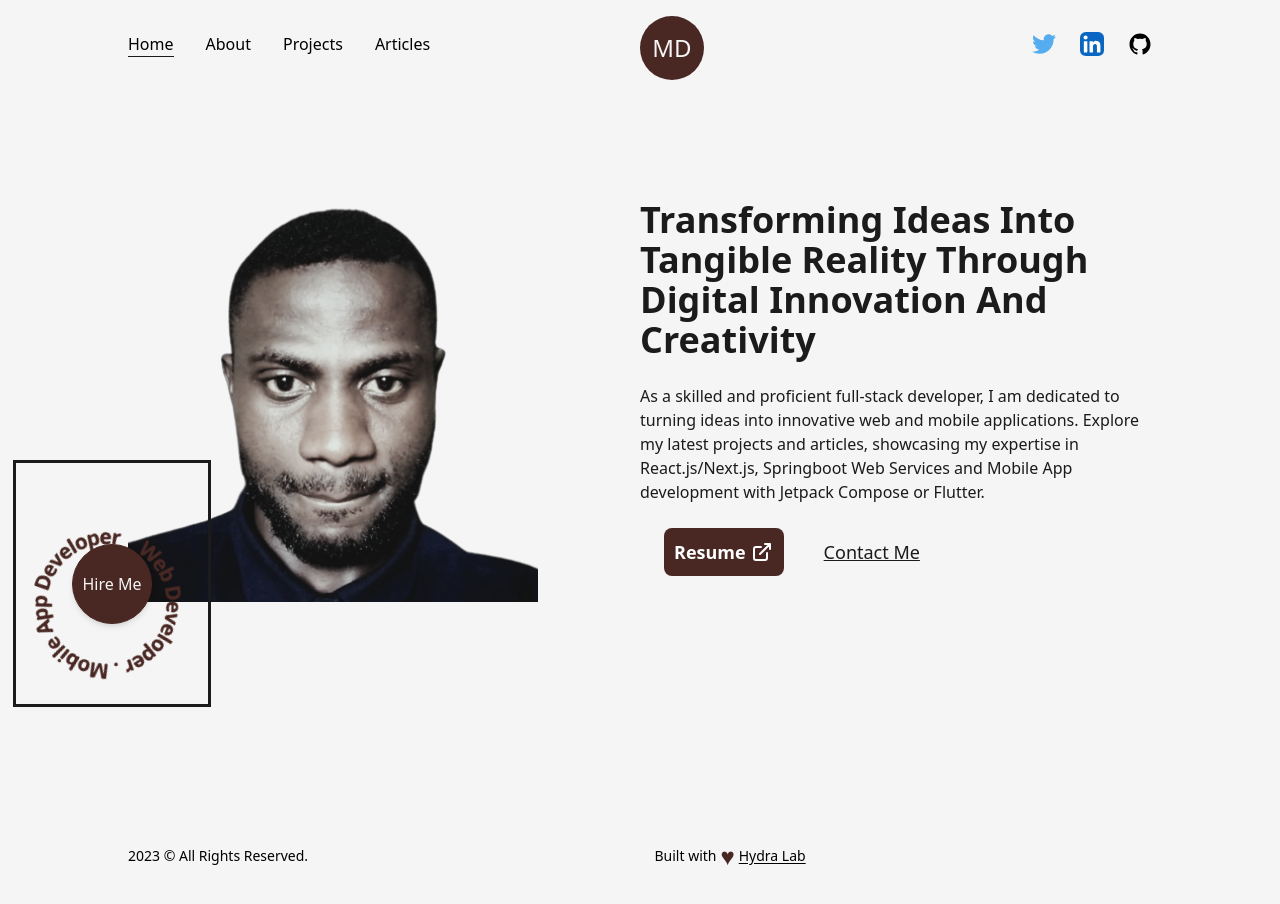
Repository: marcusdashe/situs
Page: /
These files come from the project's save history. The page is drawn as it stood at one moment and after the next save; the edit follows.
The browser window is 1280 px wide. The pictures show the whole page.
The project was rebuilt for these pictures with package versions that can differ from the ones it lists, and the page was loaded fresh each time. The framework's server and built-in components were replaced by stand-ins that run in the browser.

Above is the page before, as saved 2023-06-16 18:33:34.

After the next save:
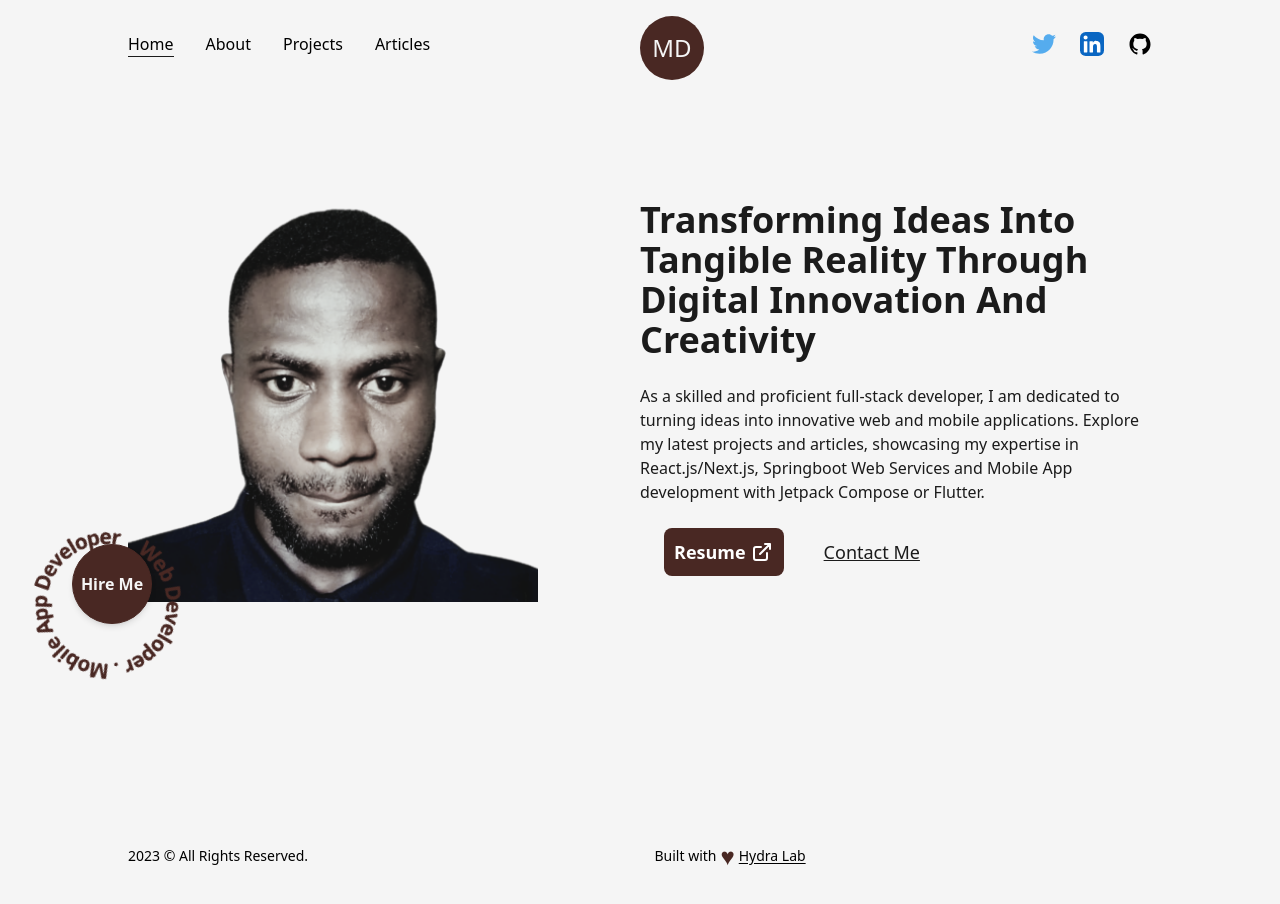
Saved 3 min 28 s later.
--- a/src/components/HireMe.jsx
+++ b/src/components/HireMe.jsx
@@ -4,13 +4,13 @@ import Link from "next/link";
 
 const HireMe = () => {
   return (
-    <div className="fixed left-4 bottom-4 flex items-center justify-center overflow-hidden outline">
+    <div className="fixed left-4 bottom-4 flex items-center justify-center overflow-hidden">
       <div className="w-48 h-auto flex items-center justify-center relative">
         <CircularText className="fill-primaryDark animate-spin-slow" />
 
         <Link
           href="mailto:marcusdashe.developer@gmail.com"
-          className="flex items-center justify-center absolute left-1/2 top-1/2 -translate-x-1/2 -translate-y-1/2 bg-primaryDark text-light shadow-md border border-solid border-primaryDark w-20 h-20 rounded-full"
+          className="flex items-center justify-center absolute left-1/2 top-1/2 -translate-x-1/2 -translate-y-1/2 bg-primaryDark text-light shadow-md border border-solid border-primaryDark w-20 h-20 rounded-full font-semibold"
         >
           Hire Me
         </Link>
